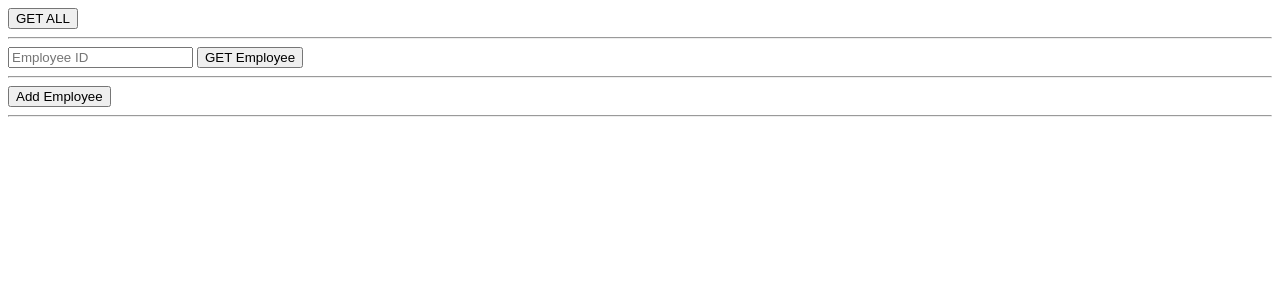
Repository: ashiqimran/training-lab
Page: workspace/RESTApp/WebContent/index.html
An editor plug-in stored every save of this project. The page is shown before and after the next save, followed by the edit.
The browser window is 1280 px wide. The pictures show the whole page.
Some web libraries are served in a nearby version.

Above is the page before, as saved 2015-05-03 17:18:29.

### workspace/RESTApp/WebContent/index.html
<!DOCTYPE html>
<html>
<head>
<meta charset="UTF-8">
<title>RESTApp</title>
</head>
<body>
	<button id="getAll_btn">GET ALL</button>
	<hr>
	<input type="text" placeholder="Employee ID" id="empId_input">
	<button id="getEmp_btn">GET Employee</button>
	<hr>
	<button id="addEmp_btn">Add Employee</button>
	<hr>

	<script src="http://code.jquery.com/jquery-2.1.4.min.js"></script>
	<script src="scripts/app.js"></script>
</body>
</html>

### workspace/RESTApp/WebContent/scripts/app.js
(function(){
	'use strict';

	$('#getAll_btn').click(function(){
		$.ajax({
			type: 'GET',
			url: 'api/emp/all',
			success: function (data) {
				console.log(data);
				for(var i=0; i<data.payload.length; i++)
				{
					var pEl = $('<p></p>');
					pEl.text(data.payload[i].firstName + " " + data.payload[i].lastName);
					$('body').append(pEl);
				}
			},
			error: function(error) {
				console.log(error);
			}
		});
	});


	$('#getEmp_btn').click(function(){

		var empId = new Number ($('#empId_input').val());

		if(!isNaN(empId))
		{
			$.ajax({
				type: 'GET',
				url: 'api/emp/get/' + empId,
				success: function (data) {
					console.log(data);
					var pEl = $('<p></p>');
					pEl.text(data.payload.firstName + " " + data.payload.lastName);
					$('body').append(pEl);
				},
				error: function(error) {
					console.log(error);
				}
			});
		}
		else {
			alert('Employee ID must be a numeric value')
		}


	});





})();

After the next save:
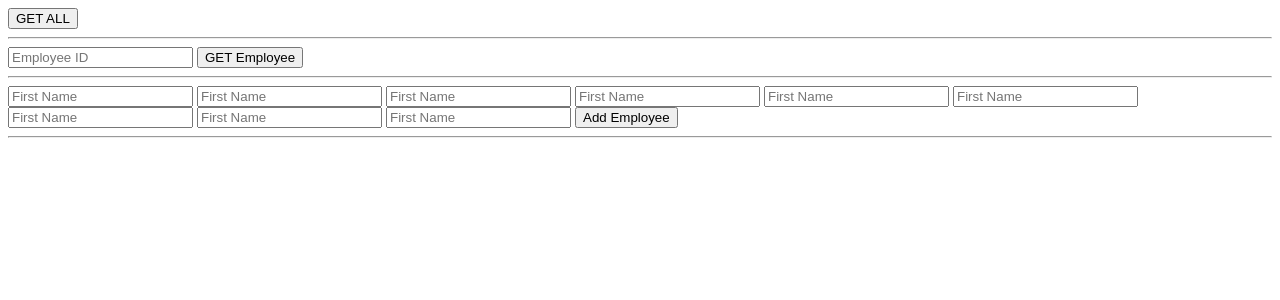
Saved 3 min 59 s later.
--- a/workspace/RESTApp/WebContent/index.html
+++ b/workspace/RESTApp/WebContent/index.html
@@ -10,7 +10,21 @@
 	<input type="text" placeholder="Employee ID" id="empId_input">
 	<button id="getEmp_btn">GET Employee</button>
 	<hr>
+
+	<form>
+	<input type="text" placeholder="First Name" id="firstName_btn">
+	<input type="text" placeholder="First Name" id="firstName_btn">
+	<input type="text" placeholder="First Name" id="firstName_btn">
+	<input type="text" placeholder="First Name" id="firstName_btn">
+	<input type="text" placeholder="First Name" id="firstName_btn">
+	<input type="text" placeholder="First Name" id="firstName_btn">
+	<input type="text" placeholder="First Name" id="firstName_btn">
+	<input type="text" placeholder="First Name" id="firstName_btn">
+	<input type="text" placeholder="First Name" id="firstName_btn">
+
 	<button id="addEmp_btn">Add Employee</button>
+	</form>
+
 	<hr>
 
 	<script src="http://code.jquery.com/jquery-2.1.4.min.js"></script>
